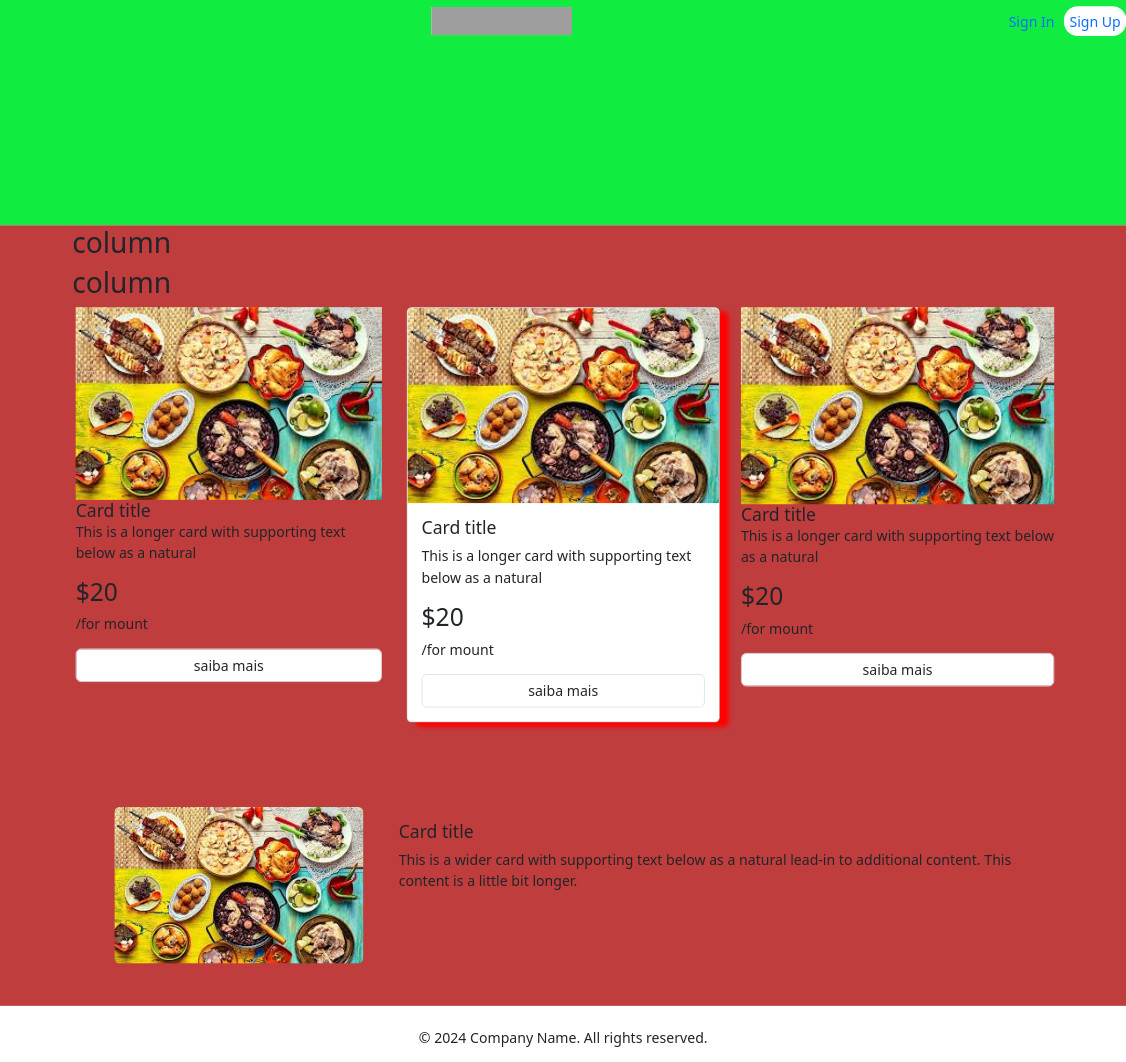
Repository: Joao-Rafael-mob/repoCurso
Page: index.html
An editor plug-in stored every save of this project. The page is shown before and after the next save, followed by the edit.
The browser window is 1280 px wide. The pictures show the whole page, at 88% of full size.
Pictures or frames that could not be fetched are drawn as grey boxes.

Above is the page before, as saved 2024-09-27 10:00:01.

After the next save:
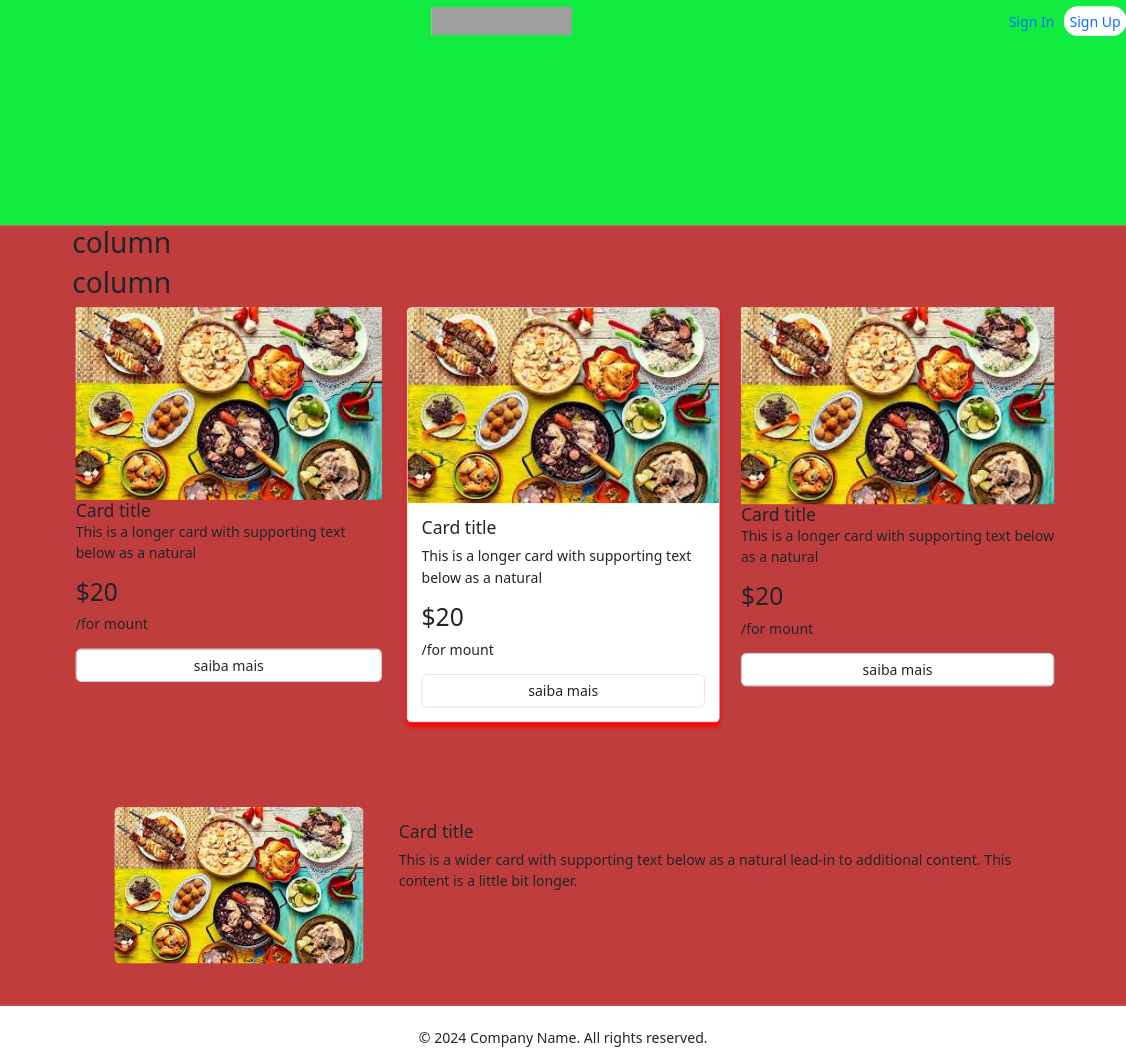
Saved 49 s later.
--- a/styles.css
+++ b/styles.css
@@ -41,4 +41,4 @@ main  {
 
 }
 .card{
-    box-shadow: 10px 5px 5px red;}
+    box-shadow: 0px 5px 5px red;}
